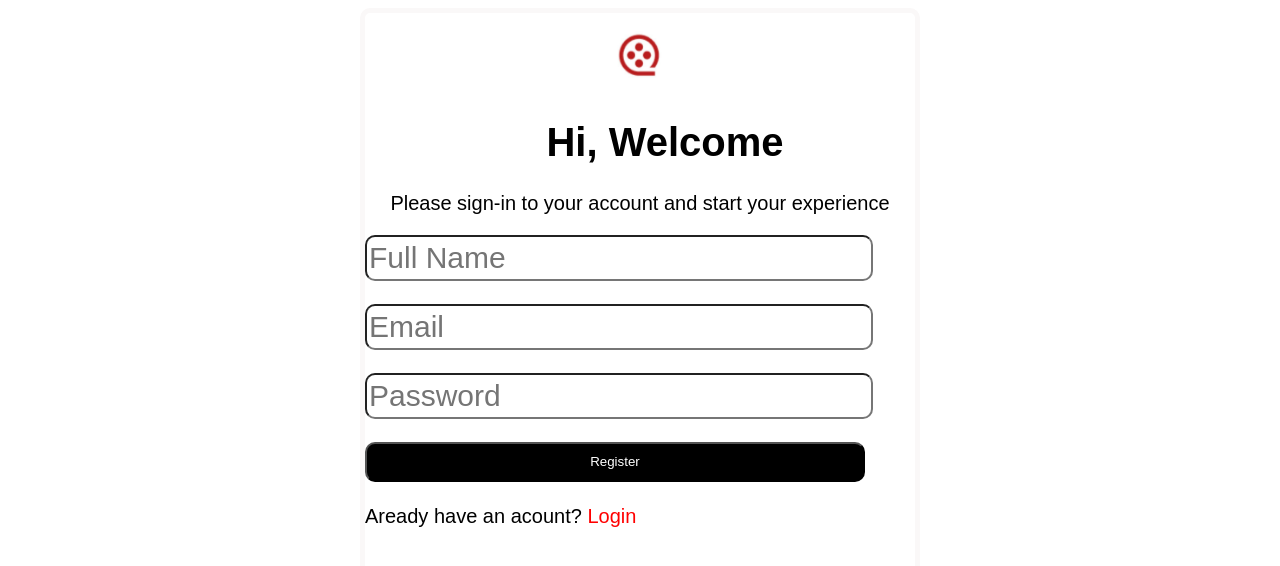
Repository: KingBoyMaylow/movie-task
Page: index.html
These files come from the project's save history. The page is drawn as it stood at one moment and after the next save; the edit follows.
The browser window is 1280 px wide. The pictures show the whole page.

Above is the page before, as saved 2024-05-20 13:57:37.

After the next save:
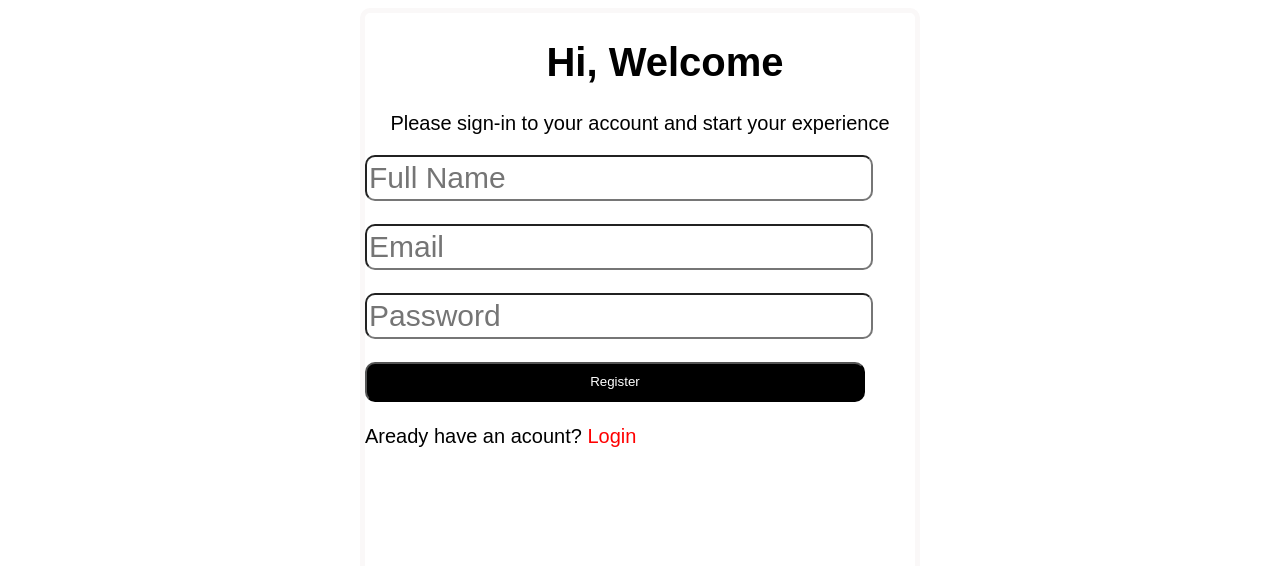
Saved 25 s later.
--- a/script.css
+++ b/script.css
@@ -28,7 +28,7 @@ img{
     width: 100px;
     display: block;
     margin: auto;
-    height: 80px;
+    height: 0px;
 }
 .firstdiv{
     border: 5px solid rgb(250, 248, 248);
